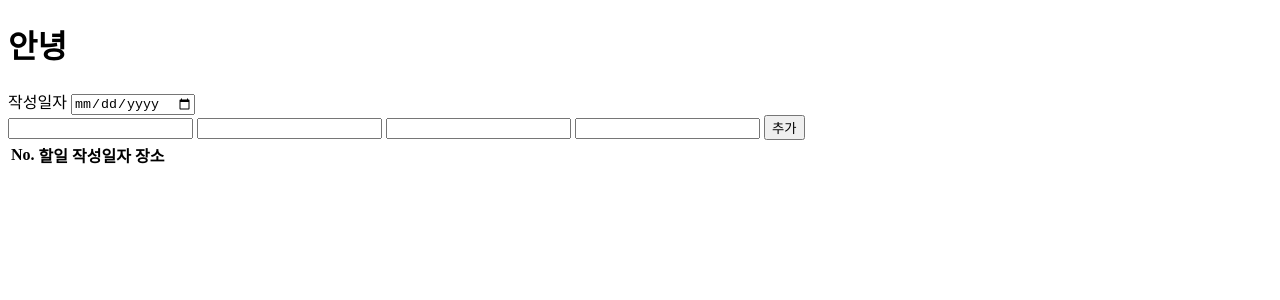
Repository: soyeon-noh/TodoList_Project
Page: http://localhost/Server_PR_TodoList/
The author's editor kept a copy of each file at every save. The page is drawn from the files as they stood at one save, then again after the next save.
The browser window is 1280 px wide. The pictures show the whole page.
The page is served by Tomcat 9. Queries for data that is not in the repository find no rows.

Above is the page before, as saved 2021-05-24 03:56:12.

After the next save:
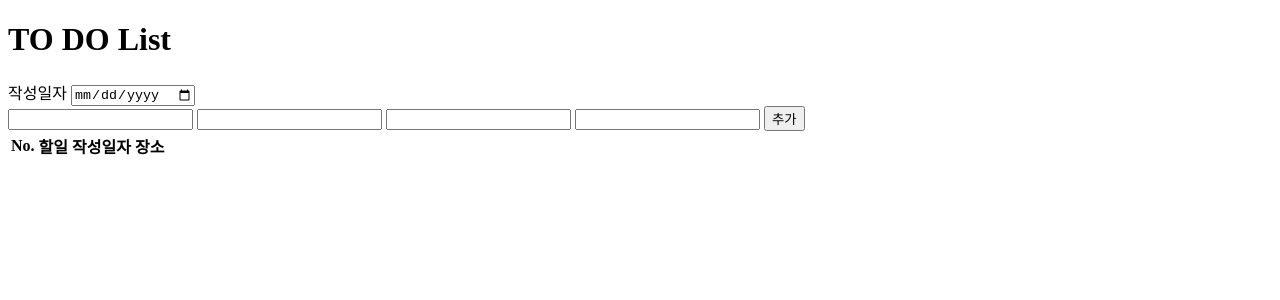
Saved 8 s later.
--- a/Server_PR_TodoList/src/main/webapp/WEB-INF/views/home.jsp
+++ b/Server_PR_TodoList/src/main/webapp/WEB-INF/views/home.jsp
@@ -11,7 +11,7 @@
 <title>Insert title here</title>
 </head>
   <body>
-    <h1>안녕</h1>
+    <h1>TO DO List</h1>
     <form>
     	<div>
     		<label for="date">작성일자</label>
